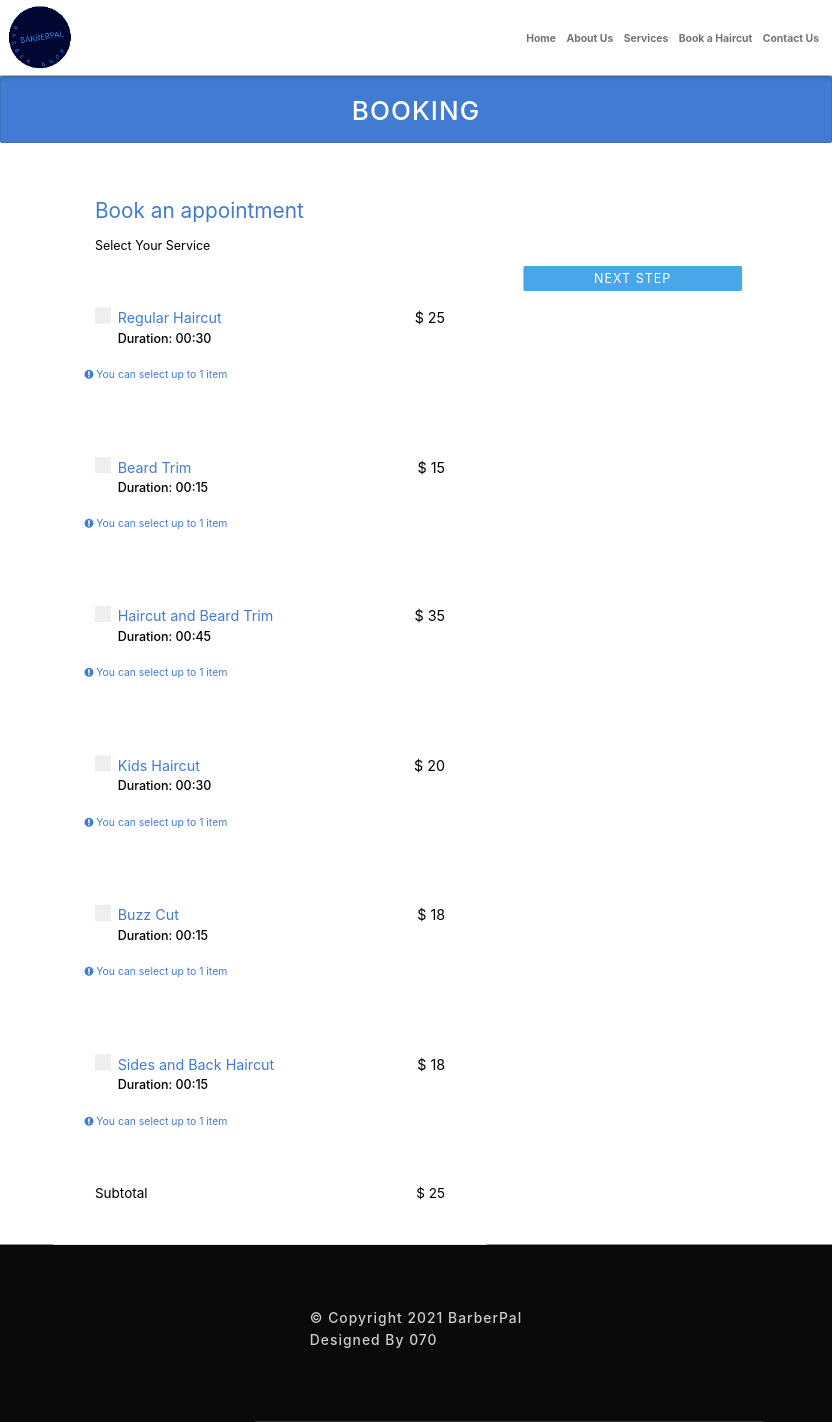
Repository: ofovweewere/haircutPal
Page: /services
These files come from the project's save history. The page is drawn as it stood at one moment and after the next save; the edit follows.
The browser window is 1280 px wide. The pictures show the whole page, at 65% of full size.
The project was rebuilt for these pictures with package versions that can differ from the ones it lists, and the page was loaded fresh each time. Also part of the build but not shown: src/tutorial/0-Practice/bookCut.js, src/tutorial/0-Practice/about.js, src/tutorial/0-Practice/servicesAndProducts.js, src/tutorial/0-Practice/contact.js, src/tutorial/0-Practice/landing.js, src/tutorial/0-Practice/checkboxOptionTwo.js, src/tutorial/0-Practice/error.js.

Above is the page before, as saved 2022-06-25 14:00:25.

After the next save:
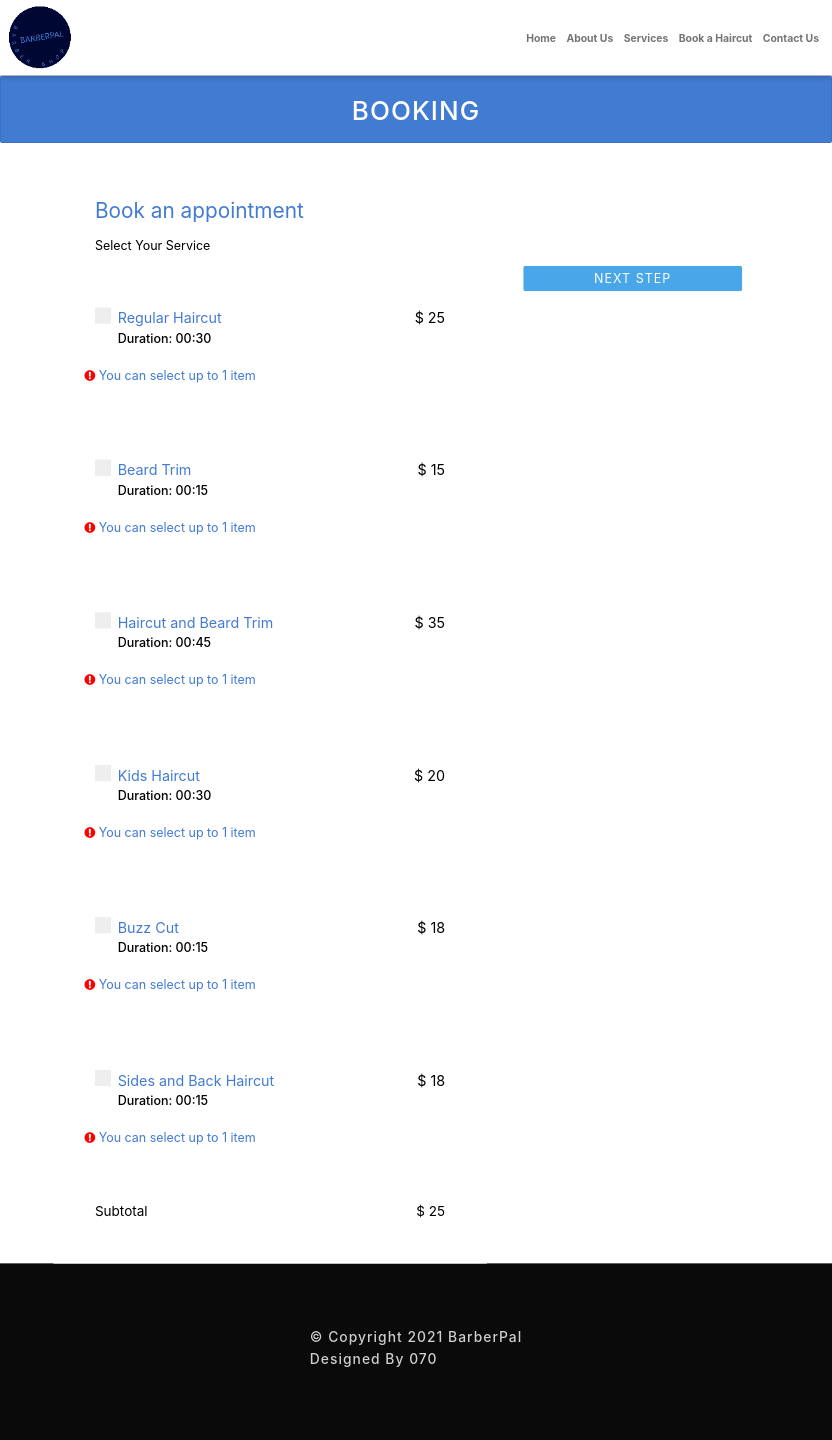
Saved 66 s later.
--- a/src/index.css
+++ b/src/index.css
@@ -253,8 +253,14 @@ p {
 .secondItem
 {
   color:#427bd2;
-  font-size:1rem;
+  font-size:1.2rem;
   font-weight:normal;
+}
+
+.exclamation
+{
+  font-size:1.2rem;
+  color:red;
 }
 
 /**************************/
